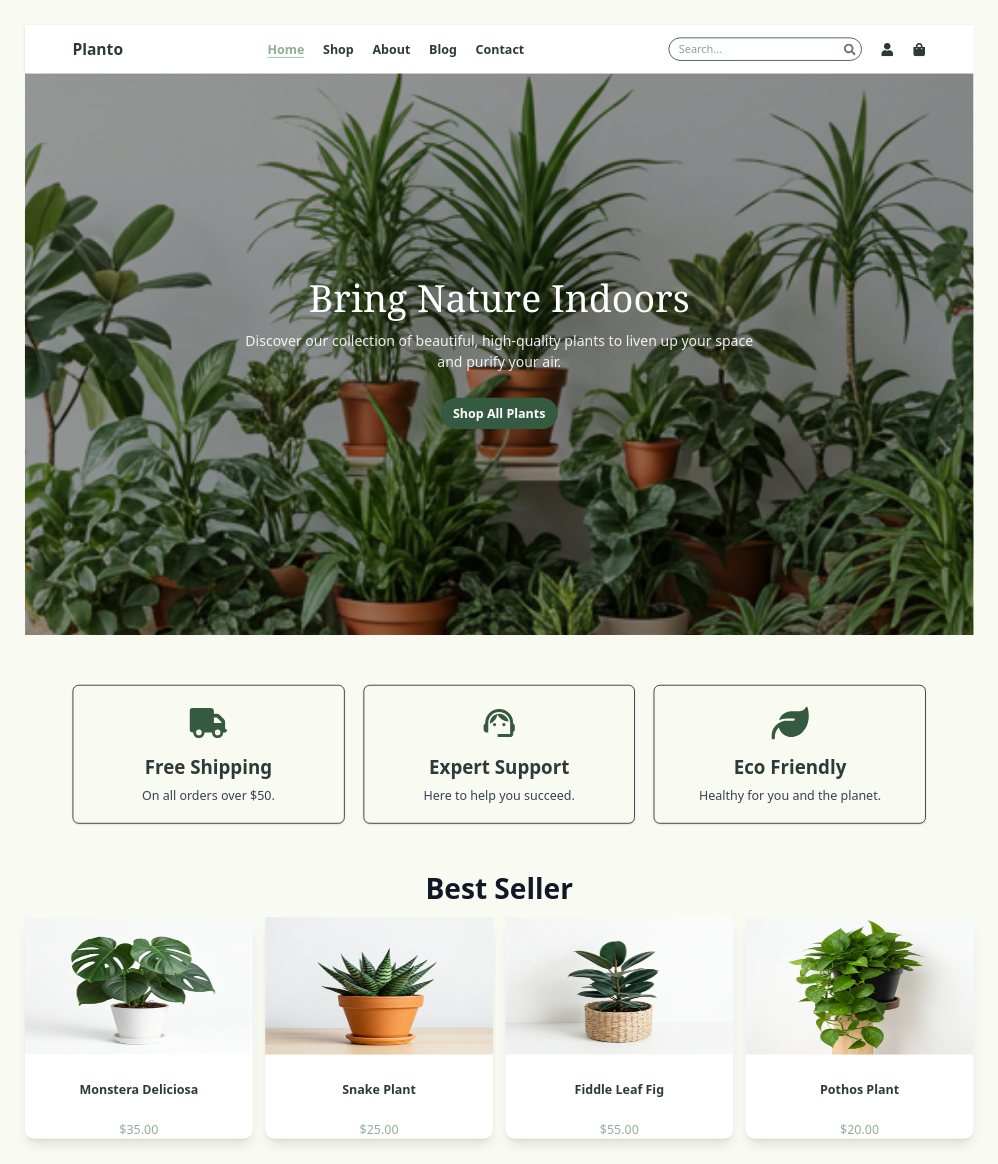
Repository: mazenessam99/Planto
Page: /
An editor plug-in stored every save of this project. The page is shown before and after a run of saves, followed by the edit.
The browser window is 1280 px wide. The pictures show the whole page, at 78% of full size.
The project was rebuilt for these pictures with package versions that can differ from the ones it lists, and the page was loaded fresh each time. Also part of the build but not shown: vite.config.js.

Above is the page before, as saved 2025-11-22 23:06:18.

After the next 6 saves:
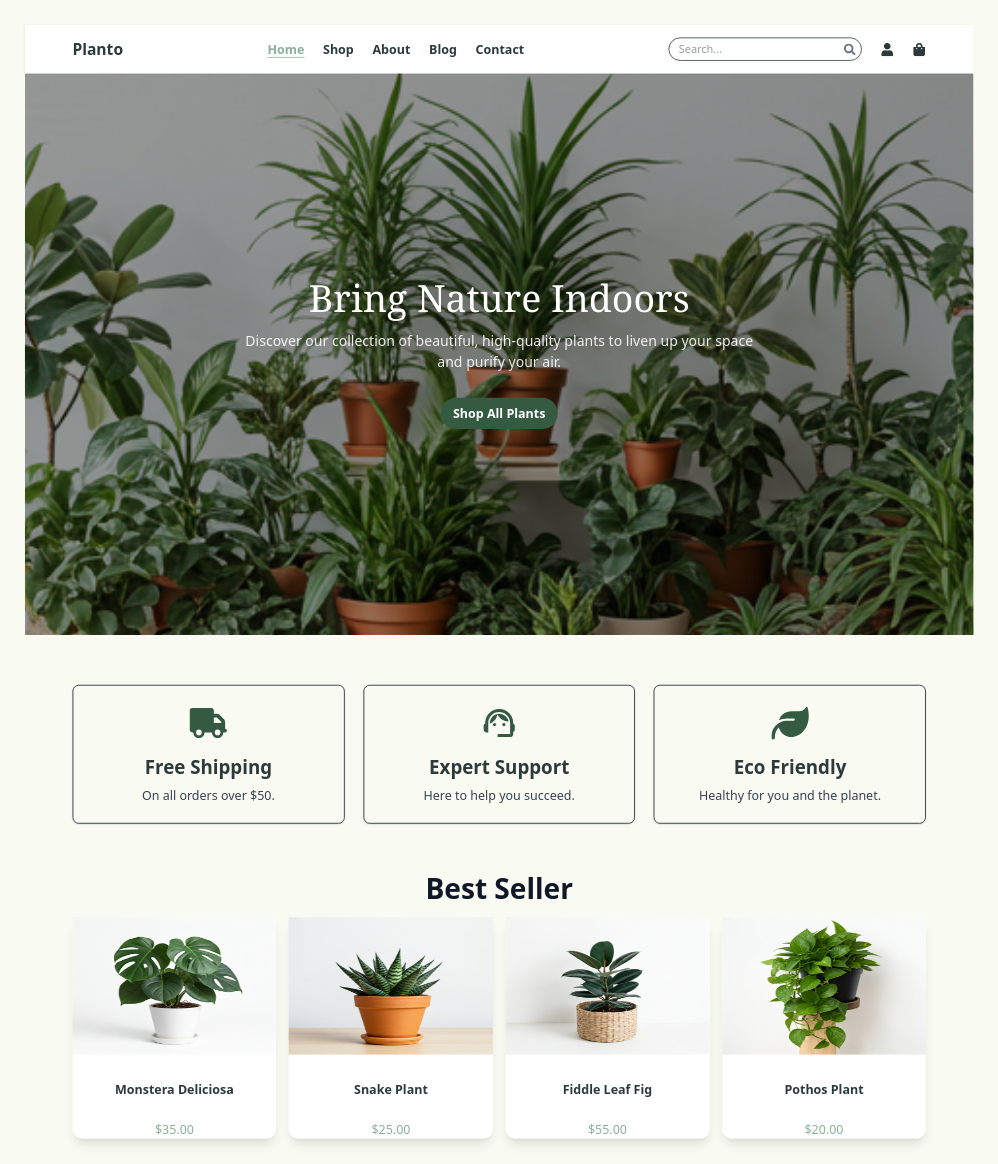
The 6 saves are shown as one change because they came seconds apart.
The last was saved 19 s later.
--- a/src/components/layout/BestSeller.jsx
+++ b/src/components/layout/BestSeller.jsx
@@ -4,7 +4,7 @@ import ProductCard from '../ui/ProductCard';
 
 const BestSeller = () => {
   return (
-    <section>
+    <section className='container'>
         <h2 className="text-4xl text-center font-bold mb-4">Best Seller</h2>
         <div className='grid grid-cols-1 sm:grid-cols-2 lg:grid-cols-4 gap-4'>
             {BESTSELLER_CARDS.map((card,index)=>(
